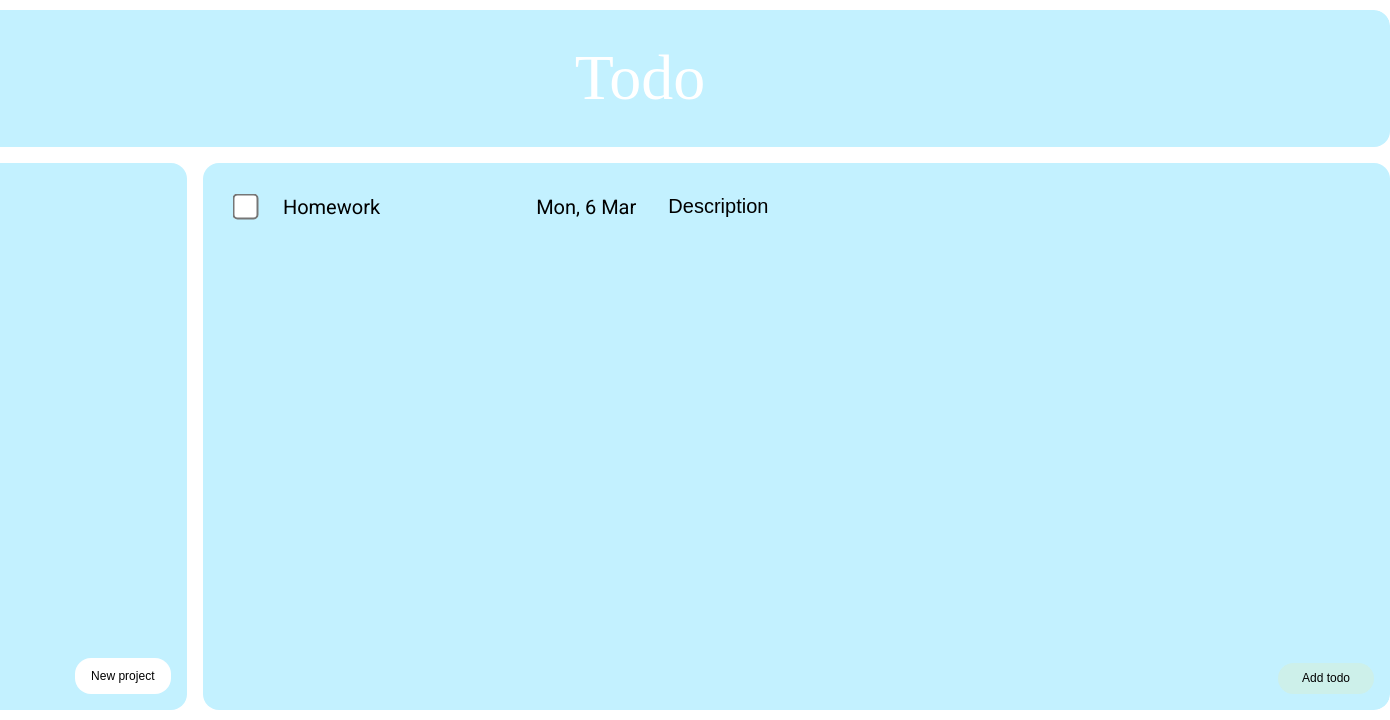
Repository: yeetzpxoci/todo-list
Page: dist/index.html
These files come from the project's save history. The page is drawn as it stood at one moment and after the next save; the edit follows.
The browser window is 1280 px wide. The page is 1390 px wide, so the pictures cover 1390 px, including what lies to the right of the window. The pictures show the whole page.
Some web fonts or font styles are not loaded; a fallback is used.

Above is the page before, as saved 2023-03-07 17:29:12.
Console error: ReferenceError: projectNameSubmit is not defined

### dist/index.html
<!DOCTYPE html>
<html lang="en">
<head>
    <meta charset="UTF-8">
    <meta http-equiv="X-UA-Compatible" content="IE=edge">
    <meta name="viewport" content="width=device-width, initial-scale=1.0">
    <title>Todo List</title>
    <link rel="stylesheet" href="styles.css">
    <link rel="preconnect" href="https://fonts.googleapis.com">
    <link rel="preconnect" href="https://fonts.gstatic.com" crossorigin>
    <link href="https://fonts.googleapis.com/css2?family=Tilt+Warp&display=swap" rel="stylesheet">
    <link href="https://fonts.googleapis.com/css2?family=Roboto&family=Tilt+Warp&display=swap" rel="stylesheet">
</head>
<body>

<script src="main.js"></script>
</body>
</html>

### dist/styles.css
body, html {
    margin:0;
    padding: 0;
}

body {
    min-height: 100vh;
    display: flex;
    flex-direction: column;
    justify-content: center;
    align-items: center;
    font-family: 'Roboto';
    background-color: #ffffff;
}

p {
    margin: 0;
    padding: 0;
}

#content {
    width: 1500px;
    height: 700px;
    display: grid;
    grid-template-columns: 1fr 4fr;
    grid-template-rows: 1fr 4fr;
    background-color: #ffffff;
    z-index: 0;
    overflow: hidden;
    border-radius: 16px;
    gap: 16px;
}

#header {
    display: flex;
    justify-content: center;
    align-items: center;
    background-color: #c3f1ff;
    font-size: 64px;
    font-family: 'Tilt Warp', cursive;
    grid-column: 1 / 3;
    grid-row: 1 / 2;
    z-index: 1;
    border-radius: 16px;
}

#header p {
    margin: 24px;
    padding: 0;
    color: white;
}

#sidebar {
    display: flex;
    flex-direction: column;
    background-color: #c3f1ff;
    grid-column: 1 / 2;
    grid-row: 2 / 3;
    z-index: -1;
    padding-left: 24px;
    padding-top: 24px;
    border-radius: 16px;
}

#projects-div {
    display: flex;
    flex-direction: column;
    width: 100%;
}

#add-project {
    align-self: flex-end;
    border-radius: 16px;
    border-width: 0;
    height: 36px;
    width: 96px;
    font-size: 12px;
    margin-top: auto;
    margin-right: 16px;
    margin-bottom: 16px;
    background-color: white;
    cursor: pointer;
}

#add-todo {
    align-self: flex-end;
    border-radius: 16px;
    border-width: 0;
    height: 36px;
    width: 96px;
    font-size: 12px;
    margin-top: auto;
    margin-bottom: 16px;
    margin-right: 16px;
    background-color: #CDF0EA;
    cursor: pointer;
}

.project-name {
    font-size: 32px;
    font-weight: bold;
    cursor: pointer;
}

#todos-wrapper {
    display: flex;
    flex-direction: column;
    gap: 16px;
    background-color: #c3f1ff;
    border-radius: 16px;
}

#todos {
    height: 100%;
    display: grid;
    grid-template-columns: 1fr 1fr;
    grid-auto-rows: 20%;
    column-gap: 16px;
    padding-left: 16px;
    padding-right: 16px;
    margin-top: 16px;
    overflow: scroll;
}

.todo, .todo-high, .todo-medium, .todo-low {
    display: flex;
    justify-content: space-between;
    align-items: center;
    height: 60%;
    border-radius: 16px;
    padding-left: 16px;
    padding-right: 16px;
    font-size: 20px;
}

.todo-high {
    background-color: #FFCBCB;
}

.todo-medium {
    background-color: #FFFDDE;
}

.todo-low {
    background-color: #E7FBBE;
}

.due {
    padding-left: 128px;
}

.checkbox {
    transform: scale(2);
}

.description {
    background-color: #caf1ff;
    border-radius: 16px;
    border-width: 0px;
    font-size: 20px;
    padding: 4px;
    cursor: pointer;
    background-color: transparent;
}

#description-div {
    display: none;
    flex-direction: column;
    flex-wrap: wrap;
    background-color: #F9F9F9;
    width: 25%;
    height: 40%;
    border-radius: 16px;
    padding: 16px;
    position: absolute;
    margin-left: auto;
    margin-right: auto;
    left: 0;
    right: 0;
    z-index: 2;
    box-shadow: 0 0 0 1600px rgba(0, 0, 0, 0.65);
}

#description-text {
    justify-content: baseline;
}

#close-button {
    margin-top: -8px;
    margin-right: -8px;
    font-weight: bold;
    width: 24px;
    height: 24px;
    align-self: flex-end;
    background-color: transparent;
    border: transparent;
    cursor: pointer;
}

#new-project-form {
    display: none;
    flex-direction: column;
    align-items: center;
    gap: 8px;
    flex-wrap: wrap;
    background-color: #F9F9F9;
    width: 20%;
    height: 10%;
    border-radius: 16px;
    padding: 16px;
    position: absolute;
    margin-left: auto;
    margin-right: auto;
    left: 0;
    right: 0;
    top: 256px;
    z-index: 2;
    box-shadow: 0 0 0 1600px rgba(0, 0, 0, 0.65);
}

#new-todo-form {
    display: none;
    flex-direction: column;
    align-items: center;
    gap: 8px;
    flex-wrap: wrap;
    background-color: #F9F9F9;
    width: 20%;
    height: 20%;
    border-radius: 16px;
    padding: 16px;
    position: absolute;
    margin-left: auto;
    margin-right: auto;
    left: 0;
    right: 0;
    top: 256px;
    z-index: 2;
    box-shadow: 0 0 0 1600px rgba(0, 0, 0, 0.65);
}

### dist/main.js
(()=>{"use strict";let e=[];function t(e){return{name:e,todos:[]}}let n=t("Default");function o(){for(let e=0;e<projects.length;e++){const t=document.createElement("p");t.className="project-name",t.innerHTML=projects[e].name,sidebarDiv.append(t)}}function c(){sidebarDiv.innerHTML=""}n.todos.push({title:"Homework",description:"Networks and Security bTCP Homework",dueDate:"Mon, 6 Mar",priority:"High"}),e.push(n),function(e){const t=document.createElement("div");t.id="content";const n=document.createElement("div");n.id="header";const d=document.createElement("p");d.innerHTML="Todo",n.append(d);const i=document.createElement("div");i.id="sidebar";const a=document.createElement("button");a.id="add-project",a.innerHTML="New project",a.addEventListener("click",(function(){document.getElementById("new-project-form").style.display="flex"})),i.append(a);const s=document.createElement("div");s.id="todos-wrapper";const r=document.createElement("div");r.id="todos";const m=document.createElement("button");m.id="add-todo",m.innerHTML="Add todo",s.append(r,m);const l=document.createElement("button");l.id="close-button",l.innerHTML="X",l.addEventListener("click",(function(){this.parentElement.style.display="none"}));for(let t=0;t<e[0].todos.length;t++){const n=document.createElement("div");n.className="todo";const o=document.createElement("input");o.className="checkbox",o.type="checkbox";const c=document.createElement("p");c.innerHTML=e[0].todos[t].title,c.className="todo-name";const d=document.createElement("p");d.innerHTML=e[0].todos[t].dueDate,d.className="due";const i=document.createElement("p");i.id="description-text",i.innerHTML=e[0].todos[t].description;const a=l.cloneNode(!0);a.addEventListener("click",(function(){this.parentElement.style.display="none"}));const s=document.createElement("div");s.id="description-div",s.append(a,i);const m=document.createElement("button");m.innerHTML="Description",m.className="description",m.addEventListener("click",(function(){this.previousElementSibling.style.display="flex"})),n.append(o,c,d,s,m),r.append(n)}const p=document.createElement("form");p.id="new-project-form",p.onsubmit=function(e){e.preventDefault()};const u=document.createElement("input");u.id="project-name-input",u.type="text",u.placeholder="Project name";const E=document.createElement("input");E.type="submit",E.value="Add project",E.addEventListener("click",(function(){c(),o(),this.parentElement.style.display="none"})),p.append(l,u,E),t.append(n,i,s,p),document.body.appendChild(t)}(e),projectNameSubmit.addEventListener("click",(function(){!function(n){let o=t(document.getElementById("project-name-input").value);e.push(o)}(),sidebarDiv.innerHTML="",function(){for(let t=0;t<e.length;t++){const n=document.createElement("p");n.className="project-name",n.innerHTML=e[t].name,sidebarDiv.append(n)}}(),this.parentElement.style.display="none"}))})();

After the next save:
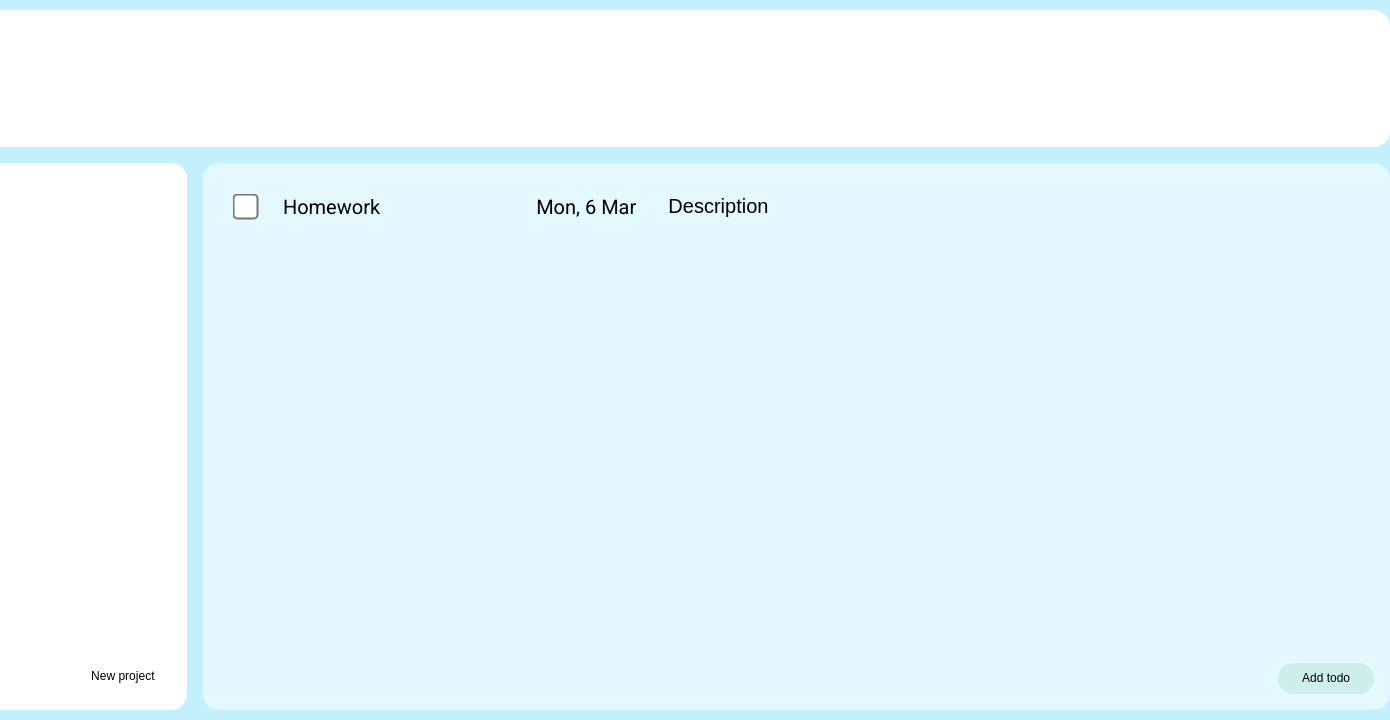
Saved 55 s later.
--- a/dist/styles.css
+++ b/dist/styles.css
@@ -10,7 +10,7 @@ body {
     justify-content: center;
     align-items: center;
     font-family: 'Roboto';
-    background-color: #ffffff;
+    background-color: #c3f1ff;
 }
 
 p {
@@ -24,7 +24,7 @@ p {
     display: grid;
     grid-template-columns: 1fr 4fr;
     grid-template-rows: 1fr 4fr;
-    background-color: #ffffff;
+    background-color: #c3f1ff;
     z-index: 0;
     overflow: hidden;
     border-radius: 16px;
@@ -35,7 +35,7 @@ p {
     display: flex;
     justify-content: center;
     align-items: center;
-    background-color: #c3f1ff;
+    background-color: white;
     font-size: 64px;
     font-family: 'Tilt Warp', cursive;
     grid-column: 1 / 3;
@@ -53,7 +53,7 @@ p {
 #sidebar {
     display: flex;
     flex-direction: column;
-    background-color: #c3f1ff;
+    background-color: white;
     grid-column: 1 / 2;
     grid-row: 2 / 3;
     z-index: -1;
@@ -106,7 +106,7 @@ p {
     display: flex;
     flex-direction: column;
     gap: 16px;
-    background-color: #c3f1ff;
+    background-color: #e4f9ff;
     border-radius: 16px;
 }
 
